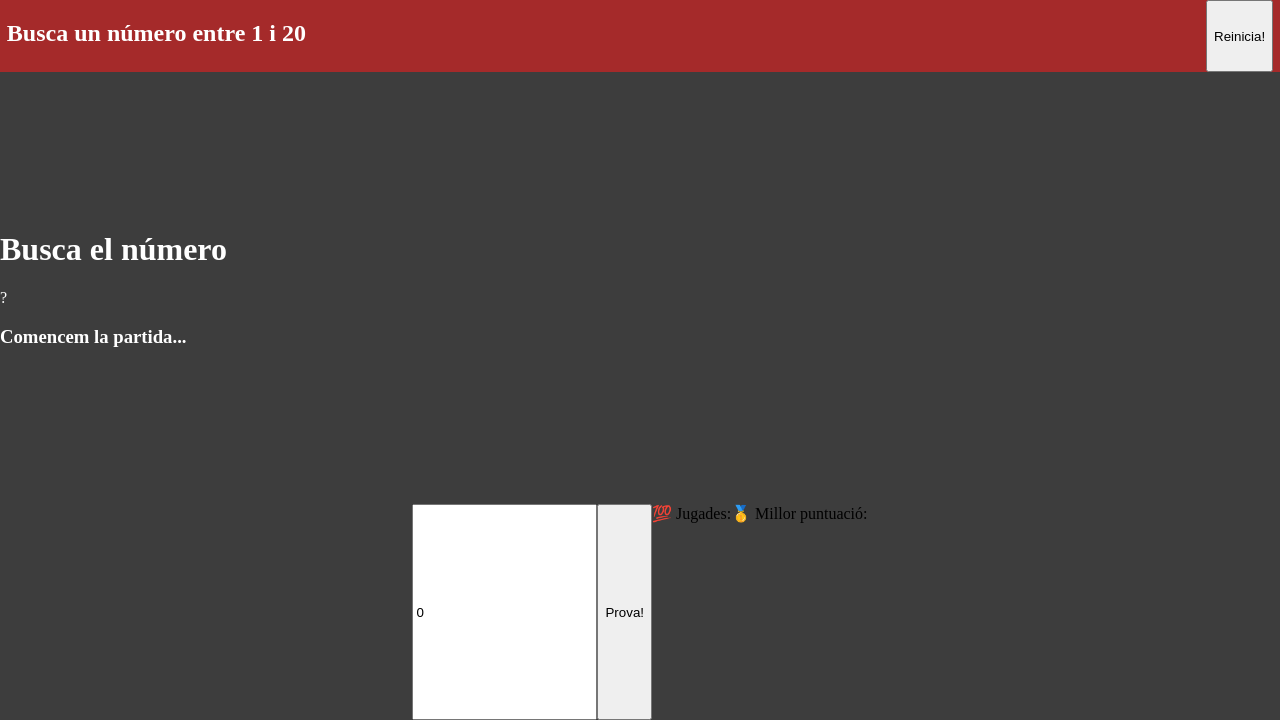
Repository: rdalmau23/M06_01
Page: index.html
The author's editor kept a copy of each file at every save. The page is drawn from the files as they stood at one save, then again after the next save.
The browser window is 1280 px wide. The pictures show the whole page.

Above is the page before, as saved 2024-10-11 11:23:23.

### index.html
<!DOCTYPE html>
<html lang="en">
<head>
    <meta charset="UTF-8">
    <meta name="viewport" content="width=device-width, initial-scale=1.0">
    <title>Endivina el número</title>
    <link rel="stylesheet" href="style.css">
    <script src="script.js"></script>
</head>
<body>
    <header>
        <h2>Busca un número entre 1 i 20</h2>
        <button id="reset">Reinicia!</button>
    </header>
    <main>
        <h1>Busca el número</h1>
        <div id="display-num">?</div>
        <h3>Comencem la partida...</h3>
    </main>
    <footer>
        <input type="number" value="0">
        <button id="play">Prova!</button>
        <div id="display-jugades">💯 Jugades: </div>
        <div id="display-result">🥇 Millor puntuació: </div>
    </footer>
</body>
</html>

### style.css
body{
    margin: 0;
    padding: 0;
    box-sizing: border-box;
}
body, html{
    height: 100%;
}
header{
    background-color: brown;
    display: flex;
    justify-content: center;
    gap: 900px;
    height: 10%;
    color: white;
}
main{
    background-color: rgb(61, 61, 61);
    height: 60%;
    display: flex;
    flex-direction: column;
    justify-content: center;
    color: white;


}
footer{
    background-color: rgb(61, 61, 61);
    height: 30%;
    display: flex;
    justify-content: center;
}

Loaded but not shown: script.js (no copy from this time; the picture is the same without it)

After the next save:
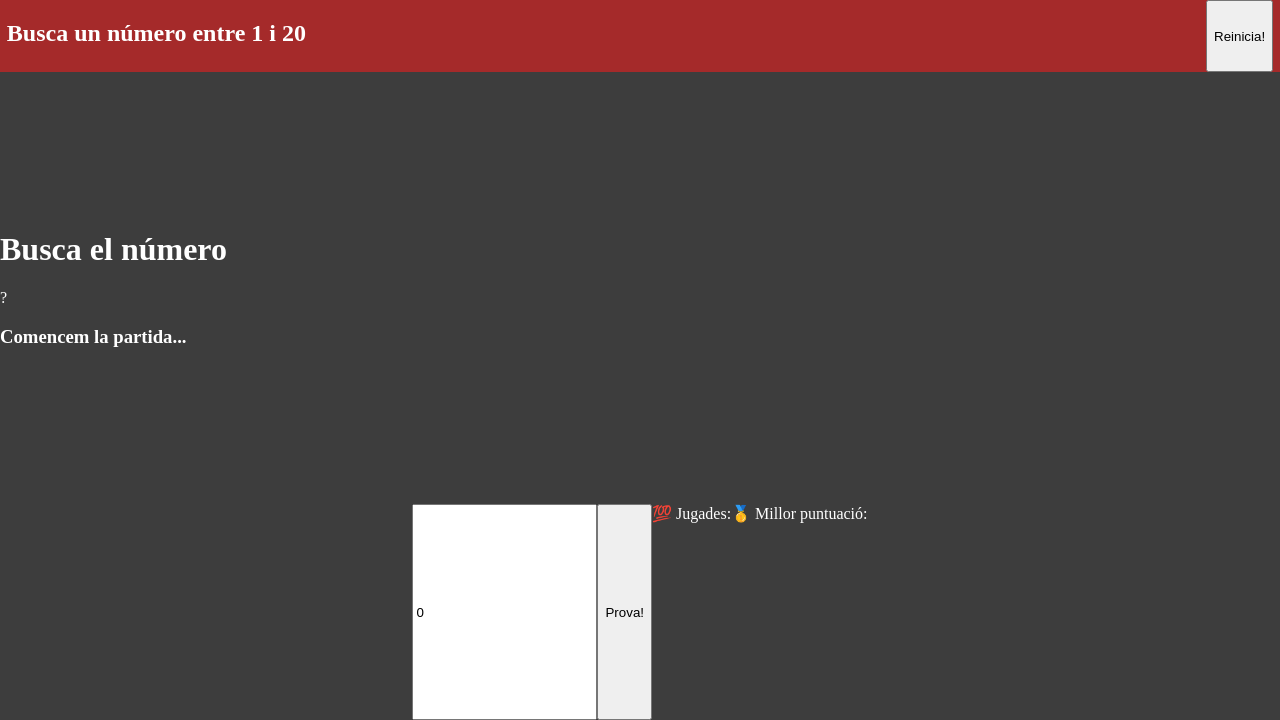
Saved 12 s later.
--- a/style.css
+++ b/style.css
@@ -2,6 +2,7 @@ body{
     margin: 0;
     padding: 0;
     box-sizing: border-box;
+    color: white;
 }
 body, html{
     height: 100%;
@@ -12,7 +13,6 @@ header{
     justify-content: center;
     gap: 900px;
     height: 10%;
-    color: white;
 }
 main{
     background-color: rgb(61, 61, 61);
@@ -20,7 +20,7 @@ main{
     display: flex;
     flex-direction: column;
     justify-content: center;
-    color: white;
+
 
 
 }
